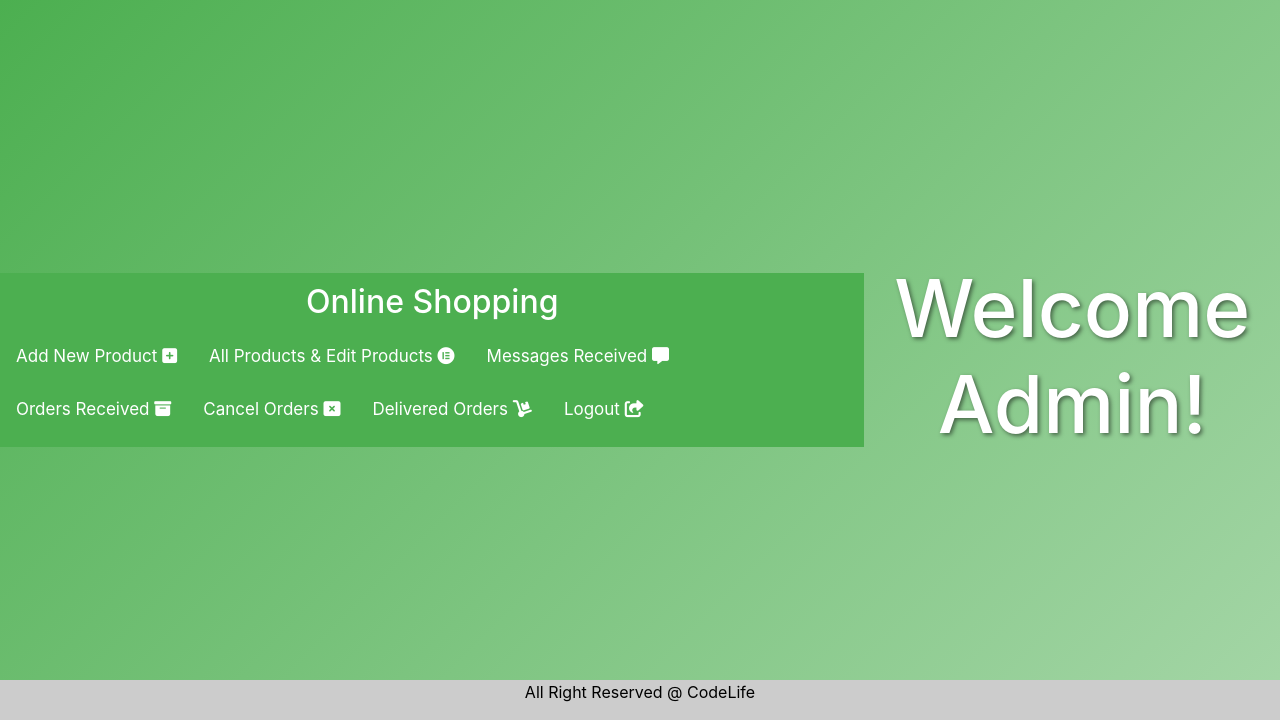
Repository: Dineshbabu290904/DigiMart
Page: http://localhost/DigiMart/admin/adminHome.jsp
These files come from the project's save history. The page is drawn as it stood at one moment and after the next save; the edit follows.
The browser window is 1280 px wide. The pictures show the whole page.
Some web libraries are served in a nearby version. The page is served by Tomcat 9. Other server files are loaded and not shown.

Above is the page before, as saved 2024-10-16 15:51:47.

### DigiMart/src/main/webapp/admin/adminHome.jsp
<%@include file="adminHeader.jsp"%>

<!DOCTYPE html>
<html lang="en">
<head>
    <meta charset="UTF-8">
    <meta name="viewport" content="width=device-width, initial-scale=1.0">
    <link rel="stylesheet" href="https://stackpath.bootstrapcdn.com/bootstrap/4.5.2/css/bootstrap.min.css">
    <title>Welcome Admin</title>
    <style>
        body {
            background: linear-gradient(135deg, #4caf50, #a5d6a7); /* Green gradient background */
            height: 100vh; /* Full viewport height */
            display: flex; /* Flexbox for centering */
            justify-content: center; /* Center horizontally */
            align-items: center; /* Center vertically */
            text-align: center; /* Center text */
            color: white; /* White text color */
            margin: 0; /* Remove default margin */
        }
        h1 {
            font-size: 5rem; /* Responsive font size */
            text-shadow: 2px 2px 4px rgba(0, 0, 0, 0.5); /* Subtle shadow for depth */
        }
    </style>
</head>
<body>

    <h1>Welcome Admin!</h1>

    <!-- Bootstrap JS and dependencies -->
    <script src="https://code.jquery.com/jquery-3.5.1.slim.min.js"></script>
    <script src="https://cdn.jsdelivr.net/npm/@popperjs/core@2.5.3/dist/umd/popper.min.js"></script>
    <script src="https://stackpath.bootstrapcdn.com/bootstrap/4.5.2/js/bootstrap.min.js"></script>

</body>
<%@include file="../footer.jsp"%>
</html>

### DigiMart/src/main/webapp/admin/adminHeader.jsp
<%@page errorPage="../error.jsp" %>
<!DOCTYPE html>
<html lang="en">
<head>
    <meta charset="UTF-8">
    <meta name="viewport" content="width=device-width, initial-scale=1.0">
    <link rel="stylesheet" href="../css/home-style.css">
    <link rel="stylesheet" href="https://cdnjs.cloudflare.com/ajax/libs/font-awesome/4.7.0/css/font-awesome.min.css">
    <link rel="stylesheet" href="https://stackpath.bootstrapcdn.com/bootstrap/4.5.2/css/bootstrap.min.css">
    <script src='https://kit.fontawesome.com/a076d05399.js'></script>
    <title>Admin Home</title>
    <style>
        body {
            background-color: #f8f9fa; /* Light background */
        }
        .topnav {
            background-color: #4caf50; /* Green background */
            overflow: hidden;
            padding: 10px 0;
        }
        .topnav a {
            color: white; /* White text */
            text-align: center;
            padding: 14px 16px;
            text-decoration: none;
            display: inline-block;
        }
        .topnav a:hover {
            background-color: #45a049; /* Darker green on hover */
        }
        h2 {
            color: white; /* White header */
        }
    </style>
</head>
<body>

    <!-- Header -->
    <div class="topnav sticky">
        <center><h2>Online Shopping</h2></center>
        <a href="addNewProduct.jsp">Add New Product <i class='fas fa-plus-square'></i></a>
        <a href="allProductEditProduct.jsp">All Products & Edit Products <i class='fab fa-elementor'></i></a>
        <a href="#">Messages Received <i class='fas fa-comment-alt'></i></a>
        <a href="#">Orders Received <i class="fas fa-archive"></i></a>
        <a href="#">Cancel Orders <i class='fas fa-window-close'></i></a>
        <a href="#">Delivered Orders <i class='fas fa-dolly'></i></a>
        <a href="../logout.jsp">Logout <i class='fas fa-share-square'></i></a>
    </div>

    <br>


    <!-- Bootstrap JS and dependencies -->
    <script src="https://code.jquery.com/jquery-3.5.1.slim.min.js"></script>
    <script src="https://cdn.jsdelivr.net/npm/@popperjs/core@2.5.3/dist/umd/popper.min.js"></script>
    <script src="https://stackpath.bootstrapcdn.com/bootstrap/4.5.2/js/bootstrap.min.js"></script>

</body>
</html>

### DigiMart/src/main/webapp/footer.jsp
 <div class="footer">
 	<p>All Right Reserved @ CodeLife</p>
</div>

### DigiMart/src/main/webapp/css/home-style.css
    body {
  font-family: "Open Sans", sans-serif;
  line-height: 1.25;
  background-color: green;
}
a
{
	text-decoration: none;
}
.sticky {
  position: -webkit-sticky;
  position: sticky;
  top: 0;
}

table {
  border: 1px solid #ccc;
  border-collapse: collapse;
  margin: 0;
  padding: 0;
  width: 100%;
  /*margin-left: 5%;*/
  table-layout: fixed;
}

table caption {
  font-size: 1.5em;
  margin: .5em 0 .75em;
}

table tr {
  background-color: #f8f8f8;
  border: 1px solid #ddd;
  padding: .35em;
}

table th,
table td {
  padding: .625em;
  text-align: center;
}

table th {
  font-size: .85em;
  letter-spacing: .1em;
  text-transform: uppercase;
}

@media screen and (max-width: 600px) {
  table {
    border: 0;
  }

  table caption {
    font-size: 1.3em;
  }

  table thead {
    border: none;
    clip: rect(0 0 0 0);
    height: 1px;
    margin: -1px;
    overflow: hidden;
    padding: 0;
    position: absolute;
    width: 1px;
  }

  table tr {
    border-bottom: 3px solid #ddd;
    display: block;
    margin-bottom: .625em;
  }

  table td {
    border-bottom: 1px solid #ddd;
    display: block;
    font-size: .8em;
    text-align: right;
  }

  table td::before {
    /*
    * aria-label has no advantage, it won't be read inside a table
    content: attr(aria-label);
    */
    content: attr(data-label);
    float: left;
    font-weight: bold;
    text-transform: uppercase;
  }

  table td:last-child {
    border-bottom: 0;
  }
}

/*Header Css*/
* {box-sizing: border-box;}

    body {
      margin: 0;
      font-family: Arial, Helvetica, sans-serif;
    }

    .topnav {
      overflow: hidden;
      background-color: #e9e9e9;
    }

    .topnav a {
      float: left;
      display: block;
      color: black;
      text-align: center;
      padding: 14px 16px;
      text-decoration: none;
      font-size: 17px;
    }

    .topnav a:hover {
      background-color: #ddd;
      color: black;
    }

    .topnav a.active {
      background-color: green;
      color: white;
    }

    .topnav .search-container {
      float: right;
    }

    .topnav input[type=text] {
      padding: 6px;
      margin-top: 8px;
      font-size: 17px;
      border: none;
    }

    .topnav .search-container button {
      float: right;
      padding: 6px 10px;
      margin-top: 8px;
      margin-right: 16px;
      background: #ddd;
      font-size: 17px;
      border: none;
      cursor: pointer;
    }

    .topnav .search-container button:hover {
      background: #ccc;
    }

    @media screen and (max-width: 600px) {
      .topnav .search-container {
        float: none;
      }
      .topnav a, .topnav input[type=text], .topnav .search-container button {
        float: none;
        display: block;
        text-align: left;
        width: 100%;
        margin: 0;
        padding: 14px;
      }
      .topnav input[type=text] {
        border: 1px solid #ccc;
      }

    }
/*footer*/
.footer {
   position: fixed;
   left: 0;
   bottom: 0;
   width: 100%;
   background-color:#ccc;
   color:black;
   text-align: center;
}

.h2222 {
  width: 100%;
  padding: 12px 20px;
  margin: 8px 0;
  box-sizing: border-box;
  border: none;
  background-color: #3CBC8D;
  color: white;
}

After the next save:
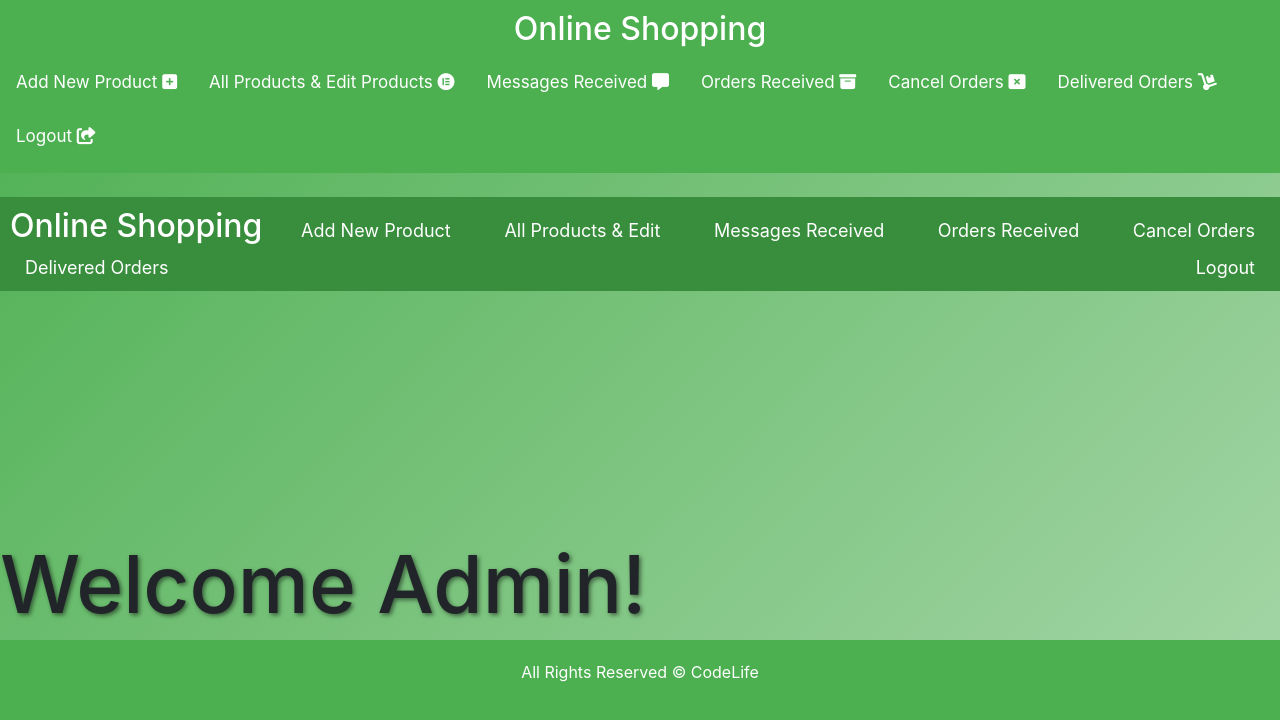
Saved 78 s later.
--- a/DigiMart/src/main/webapp/admin/adminHome.jsp
+++ b/DigiMart/src/main/webapp/admin/adminHome.jsp
@@ -6,27 +6,62 @@
     <meta charset="UTF-8">
     <meta name="viewport" content="width=device-width, initial-scale=1.0">
     <link rel="stylesheet" href="https://stackpath.bootstrapcdn.com/bootstrap/4.5.2/css/bootstrap.min.css">
-    <title>Welcome Admin</title>
+    <title>Welcome</title>
     <style>
         body {
             background: linear-gradient(135deg, #4caf50, #a5d6a7); /* Green gradient background */
             height: 100vh; /* Full viewport height */
             display: flex; /* Flexbox for centering */
-            justify-content: center; /* Center horizontally */
-            align-items: center; /* Center vertically */
-            text-align: center; /* Center text */
-            color: white; /* White text color */
+            flex-direction: column; /* Stack children vertically */
             margin: 0; /* Remove default margin */
+        }
+        .navbar {
+            background-color: #388e3c; /* Darker green for navbar */
+            padding: 10px; /* Padding around navbar */
+        }
+        .navbar a {
+            color: white; /* White text for links */
+            margin: 0 15px; /* Spacing between links */
+            text-decoration: none; /* Remove underline */
+            font-size: 18px; /* Larger font size */
+        }
+        .navbar a:hover {
+            text-decoration: underline; /* Underline on hover */
         }
         h1 {
             font-size: 5rem; /* Responsive font size */
             text-shadow: 2px 2px 4px rgba(0, 0, 0, 0.5); /* Subtle shadow for depth */
+            margin-top: auto; /* Push h1 to the center vertically */
+        }
+        footer {
+            background-color: #4caf50; /* Same green as background */
+            color: white; /* White text */
+            text-align: center; /* Center text */
+            padding: 20px; /* Padding around footer */
+            position: relative; /* For positioning */
+            bottom: 0; /* Stick to bottom */
+            width: 100%; /* Full width */
         }
     </style>
 </head>
 <body>
 
+    <nav class="navbar">
+        <h2>Online Shopping</h2>
+        <a href="addNewProduct.jsp">Add New Product</a>
+        <a href="allProductEditProduct.jsp">All Products & Edit</a>
+        <a href="#">Messages Received</a>
+        <a href="#">Orders Received</a>
+        <a href="#">Cancel Orders</a>
+        <a href="#">Delivered Orders</a>
+        <a href="../logout.jsp">Logout</a>
+    </nav>
+
     <h1>Welcome Admin!</h1>
+
+    <footer>
+        <p>All Rights Reserved &copy; CodeLife</p>
+    </footer>
 
     <!-- Bootstrap JS and dependencies -->
     <script src="https://code.jquery.com/jquery-3.5.1.slim.min.js"></script>
@@ -34,5 +69,4 @@
     <script src="https://stackpath.bootstrapcdn.com/bootstrap/4.5.2/js/bootstrap.min.js"></script>
 
 </body>
-<%@include file="../footer.jsp"%>
 </html>
